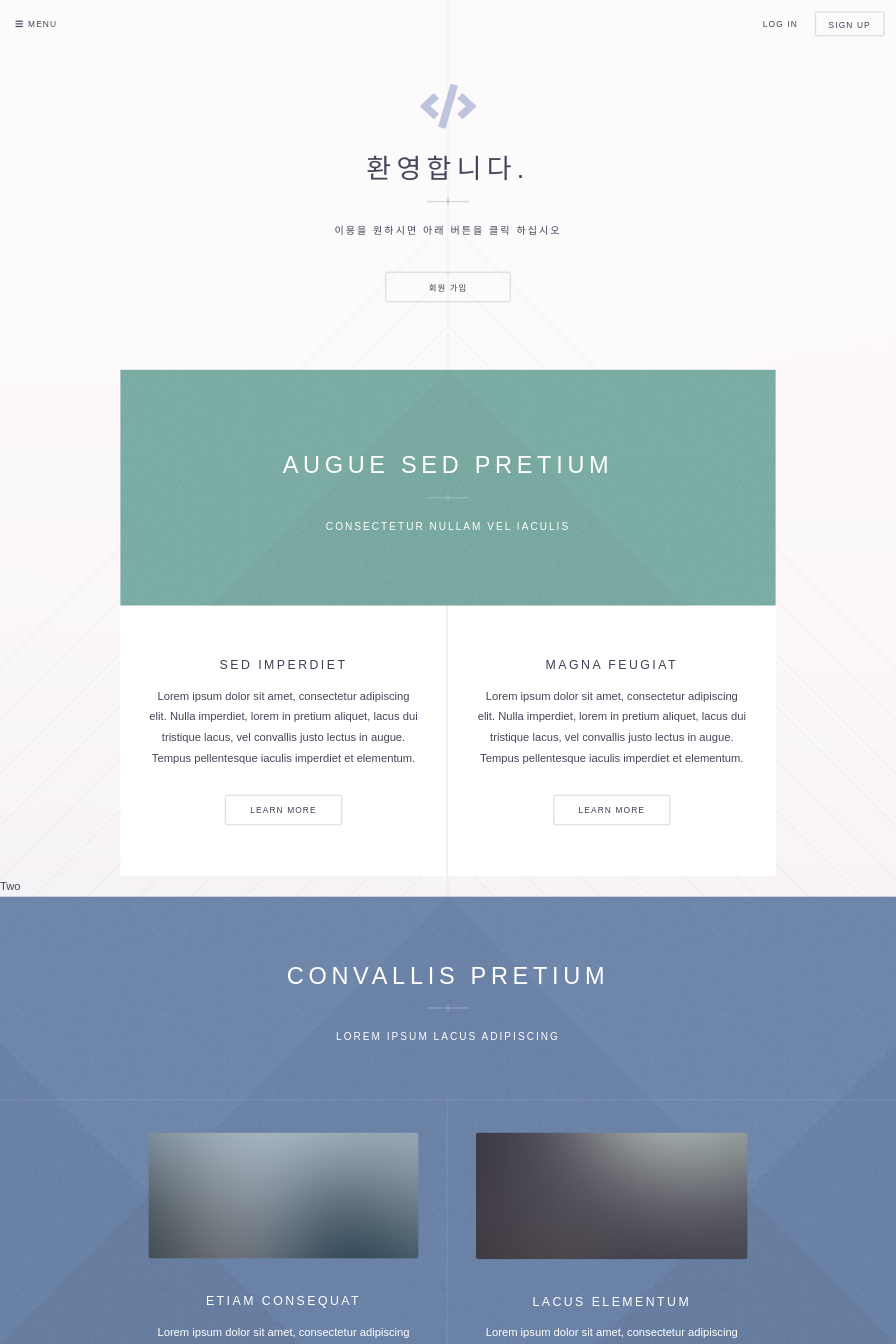
Repository: WKMoon/JavaScript-Project
Page: myFront/WebContent/index.html
These files come from the project's save history. The page is drawn as it stood at one moment and after the next save; the edit follows.
The browser window is 1280 px wide. The pictures show the part of the page from y = 0 to 1920 px (the page is 4531 px tall before and 821 px after), at 70% of full size.
Some web fonts or font styles are not loaded; a fallback is used.

Above is the page before, as saved 2021-03-01 05:04:59.

After the next save:
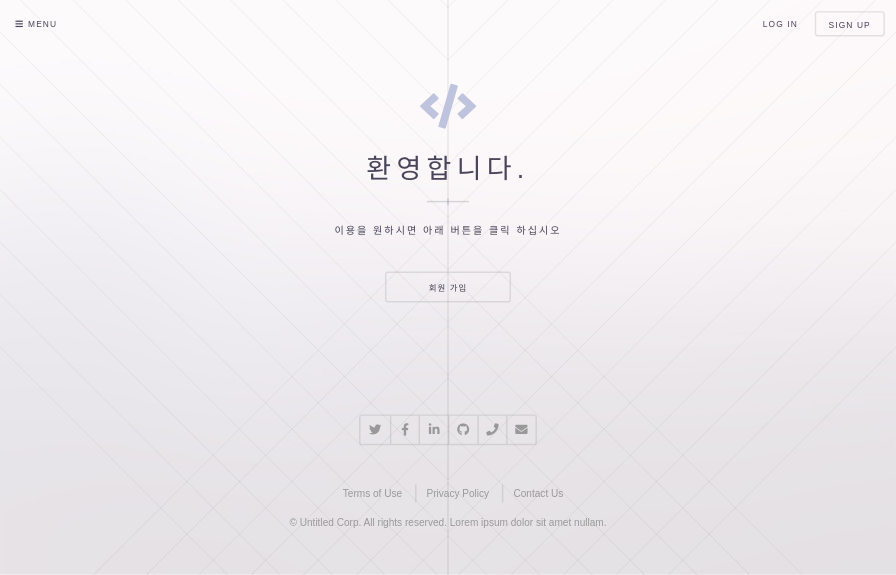
Saved 29 s later.
--- a/myFront/WebContent/index.html
+++ b/myFront/WebContent/index.html
@@ -45,128 +45,7 @@
 				</ul>
 			</section>
 
-		<!-- <!-- One -->
-			<section id="one" class="wrapper style1 special">
-				<div class="inner">
-					<header class="major alt style2">
-						<h2>Augue sed pretium</h2>
-						<p>Consectetur nullam vel iaculis</p>
-					</header>
-					<section class="split">
-						<article>
-							<h4>Sed imperdiet</h4>
-							<p>Lorem ipsum dolor sit amet, consectetur adipiscing elit. Nulla imperdiet, lorem in pretium aliquet, lacus dui tristique lacus, vel convallis justo lectus in augue. Tempus pellentesque iaculis imperdiet et elementum.</p>
-							<ul class="actions special">
-								<li><a href="#" class="button">Learn More</a></li>
-							</ul>
-						</article>
-						<article>
-							<h4>Magna Feugiat</h4>
-							<p>Lorem ipsum dolor sit amet, consectetur adipiscing elit. Nulla imperdiet, lorem in pretium aliquet, lacus dui tristique lacus, vel convallis justo lectus in augue. Tempus pellentesque iaculis imperdiet et elementum.</p>
-							<ul class="actions special">
-								<li><a href="#" class="button">Learn More</a></li>
-							</ul>
-						</article>
-					</section>
-				</div>
-			</section>
 
-		Two
-			<section id="two" class="wrapper style3 special">
-				<div class="inner">
-					<header class="major">
-						<h2>Convallis pretium</h2>
-						<p>Lorem ipsum lacus adipiscing</p>
-					</header>
-					<section class="spotlights">
-						<section>
-							<span class="image"><img src="images/pic01.jpg" alt="" /></span>
-							<h4>Etiam consequat</h4>
-							<p>Lorem ipsum dolor sit amet, consectetur adipiscing elit. Nulla imperdiet, lorem in pretium aliquet, lacus dui tristique lacus, vel convallis justo lectus in augue. Tempus pellentesque iaculis imperdiet et elementum.</p>
-							<ul class="actions special">
-								<li><a href="#" class="button">Learn More</a></li>
-							</ul>
-						</section>
-						<section>
-							<span class="image"><img src="images/pic02.jpg" alt="" /></span>
-							<h4>Lacus elementum</h4>
-							<p>Lorem ipsum dolor sit amet, consectetur adipiscing elit. Nulla imperdiet, lorem in pretium aliquet, lacus dui tristique lacus, vel convallis justo lectus in augue. Tempus pellentesque iaculis imperdiet et elementum.</p>
-							<ul class="actions special">
-								<li><a href="#" class="button">Learn More</a></li>
-							</ul>
-						</section>
-					</section>
-				</div>
-			</section>
-
-		Three
-			<section id="three" class="wrapper style1 special">
-				<div class="inner">
-					<header class="major">
-						<h2>Tempus feugiat</h2>
-						<p>Ipsum sed elementum amet</p>
-					</header>
-					<section class="features">
-						<section>
-							<span class="icon solid fa-cubes style3"></span>
-							<h4>Justo magna</h4>
-							<p>Nulla imperdiet, lorem in pretium sed aliquet, lacus dui magna tristique lacus, vel convallis justo lectus in augue. Tempus pellentesque imperdiet et elementum.</p>
-						</section>
-						<section>
-							<span class="icon fa-gem style4"></span>
-							<h4>Sed trisique</h4>
-							<p>Nulla imperdiet, lorem in pretium sed aliquet, lacus dui magna tristique lacus, vel convallis justo lectus in augue. Tempus pellentesque imperdiet et elementum.</p>
-						</section>
-						<section>
-							<span class="icon solid fa-camera-retro style2"></span>
-							<h4>Lacus pretium</h4>
-							<p>Nulla imperdiet, lorem in pretium sed aliquet, lacus dui magna tristique lacus, vel convallis justo lectus in augue. Tempus pellentesque imperdiet et elementum.</p>
-						</section>
-						<section>
-							<span class="icon solid fa-cloud style3"></span>
-							<h4>Dui volutpat</h4>
-							<p>Nulla imperdiet, lorem in pretium sed aliquet, lacus dui magna tristique lacus, vel convallis justo lectus in augue. Tempus pellentesque imperdiet et elementum.</p>
-						</section>
-					</section>
-					<footer class="major">
-						<ul class="actions special">
-							<li><a href="#" class="button">Learn More</a></li>
-						</ul>
-					</footer>
-				</div>
-			</section>
-
-		Four
-			<section id="four" class="wrapper style4 special-alt">
-				<div class="inner split">
-					<section>
-						<header class="major">
-							<h2>Amet lorem</h2>
-						</header>
-						<p>Lorem ipsum dolor sit amet, consectetur adipiscing elit. Nulla imperdiet, lorem in pretium aliquet, lacus dui tristique lacus, vel convallis justo lectus in augue. Tempus pellentesque iaculis imperdiet et elementum lorem sed ipsum dolor sit amet, consectetur adipiscing elit. Nulla imperdiet, lorem pretium aliquet lacus.</p>
-					</section>
-					<form method="post" action="#">
-						<label for="name">Name</label>
-						<input type="text" id="name" name="name" />
-						<label for="email">Email</label>
-						<input type="email" id="email" name="email" />
-						<ul class="actions">
-							<li><a href="#" class="button">Get started</a></li>
-						</ul>
-					</form>
-				</div>
-			</section>
-
-		Five
-			<section id="five" class="wrapper style1 special alt">
-				<div class="inner">
-					<h4>Magna feugiat lorem ipsum?</h4>
-					<p>Nulla imperdiet, lorem in pretium sed aliquet, lacus dui magna tristique lacus, vel convallis justo lectus in augue. Tempus  imperdiet et elementum. Nulla imperdiet, lorem in pretium sed aliquet, lacus dui magna tristique lacus.</p>
-					<ul class="actions special">
-						<li><a href="#" class="button">Learn More</a></li>
-					</ul>
-				</div>
-			</section> -->
 
 		<!-- Footer -->
 			<footer id="footer">
